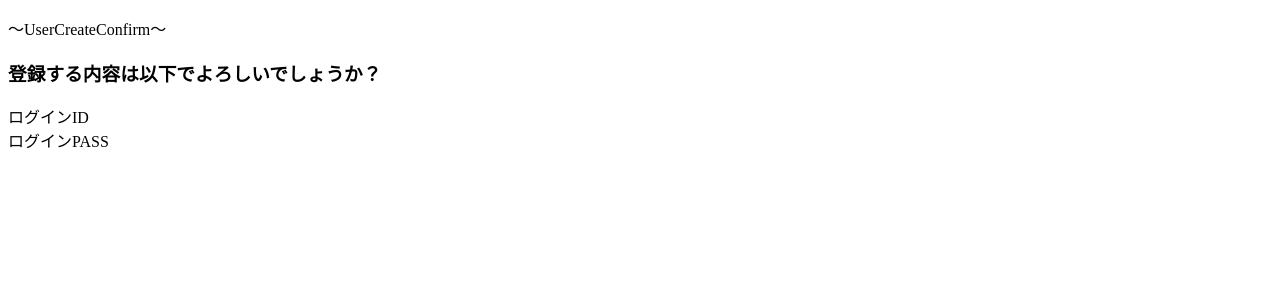
Repository: REDsky96/test
Page: http://localhost/practiceECsite/userCreateConfirm.jsp
An editor plug-in stored every save of this project. The page is shown before and after the next save, followed by the edit.
The browser window is 1280 px wide. The pictures show the whole page.
The page is served by Tomcat 9.

Above is the page before, as saved 2018-11-14 07:37:43.

After the next save:
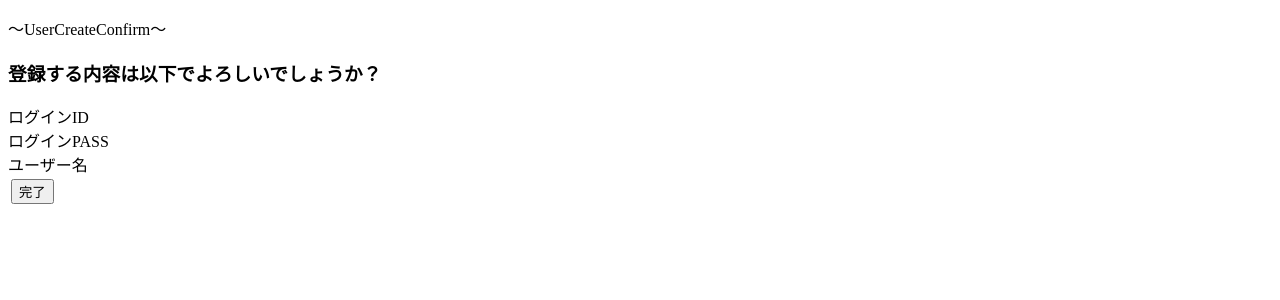
Saved 4 min 23 s later.
--- a/practiceECsite/WebContent/userCreateConfirm.jsp
+++ b/practiceECsite/WebContent/userCreateConfirm.jsp
@@ -16,6 +16,10 @@
     <br>
     <label>ログインPASS</label>
     <s:property value = "loginPassword"/>
+    <br>
+    <label>ユーザー名</label>
+    <s:property value = "userName"/>
+    <s:submit value = "完了"/>
   </s:form>
 
 </body>
